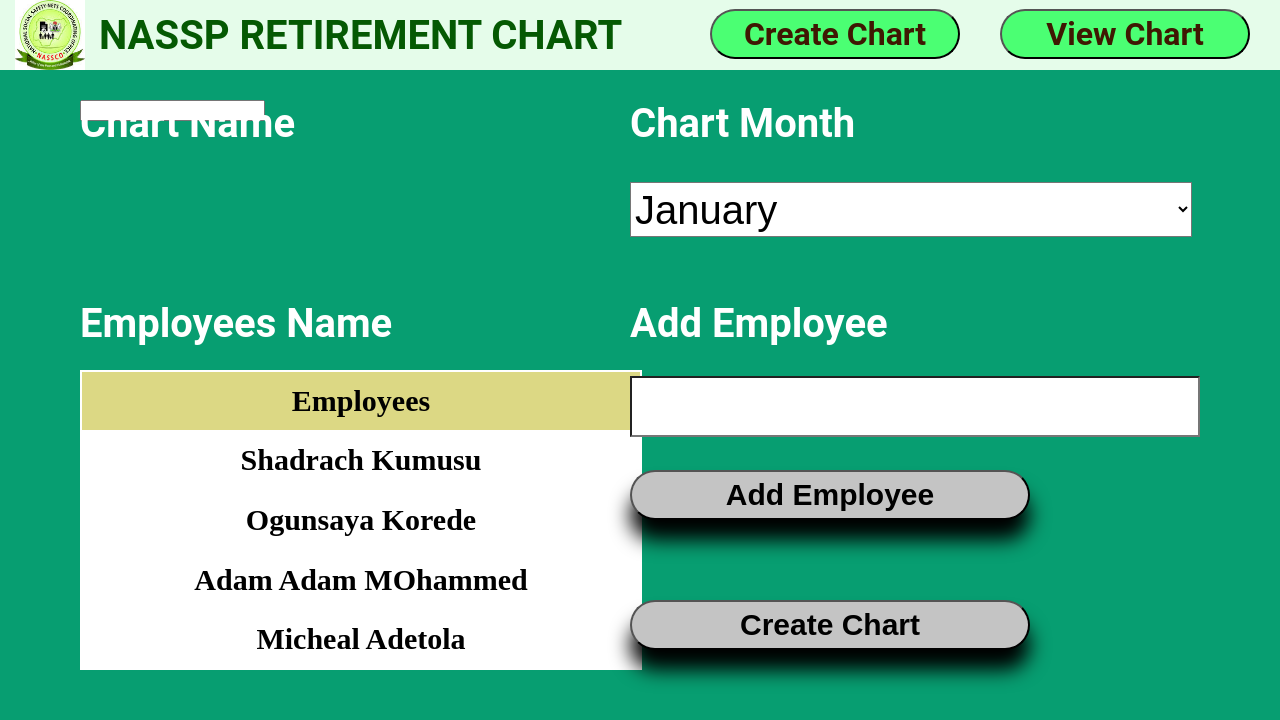
Repository: sheddy1/nasspchart
Page: http://localhost/
These files come from the project's save history. The page is drawn as it stood at one moment and after the next save; the edit follows.
The browser window is 1280 px wide. The pictures show the whole page.
The page is run by PHP 8.4 with error messages shown; the project is at /var/www/html/. The database holds what the project's SQL file puts in it.

Above is the page before, as saved 2022-04-05 18:03:22.
Console error: ReferenceError: $ is not defined

### index.php
<!DOCTYPE html>
<html lang="en">
<head>
    <meta charset="UTF-8">
    <meta http-equiv="X-UA-Compatible" content="IE=edge">
    <meta name="viewport" content="width=device-width, initial-scale=1.0">
    <title>NASSP CHART</title>
    <script src=""https://ajax.googleapis.com/ajax/libs/jquery/3.2.0/jquery.min.js></script>
    <link rel="stylesheet" href="index.css">

    <script>
       $(document).ready(function(){
           $('#add-employee-button').click(function(){
                var employee = $('#chart-name-text').val();
                if($.trim(employee) != '')
                {
                    alert(employee);
                }
           });
       });

    //    $(".add-employee-button").click(fucnction(){
    //        commentCount = commentCount + 2;
    //        $(".employee-div1").load("index.php",{
    //             commentNewCount: commentCount
    //        });
    //    });
    </script>
</head>

<body>
    <div id="header">
        <img src="images/images.jpg" class="logo-image">

        <label class="logo-text">NASSP RETIREMENT CHART</label>

        <form action="" method="POST">
            <button class="view-chart" name="view-chart">
                View Chart
            </button>

            <button class="create-chart" name="create-chart">
                Create Chart
            </button>
        </form>
    </div>

    <input type="text">

    <?php
        $page = 1;
        if(isset($_POST['view-chart']))
        {
            // echo"<script>alert('you can view chart')</script>";
            $page = 2;

        }

        if(isset($_POST['create-chart']))
        {
            //  echo"<script>alert('you can create chart')</script>";

            $page = 1;
        }

        if($page==0)
        {

        }
        else if($page == 1)
        {
            $user = "root";
            $pass = "";
            $db ="nassp";
            $db = new mysqli('localhost',$user,$pass,$db)
            or die("could not connect");

            $con1="SELECT * FROM employee ";

            $con1a = mysqli_query($db,$con1);

            $con1b  = mysqli_num_rows($con1a);

          $no1= $con1b;

            echo "
                <form method='POST' action=''>
                    <div id='chart-name'>
                        <label class='chartname1'>
                        Chart Name
                        </label>

                        <input type='text' id='chart-name-text' name='chart-name-text'>
                    </div>

                    <div id='chart-month'>
                        <label class='chartname1'>
                        Chart Month
                        </label>

                        <select name='chart-month-select'
                         class='chart-name-text'>
                            <option value='1'>January</option>
                            <option value='2'>Febuary</option>
                            <option value='3'>March</option>
                            <option value='4'>April</option>
                            <option value='5'>May</option>
                            <option value='6'>June</option>
                            <option value='7'>July</option>
                            <option value='8'>August</option>
                            <option value='9'>September</option>
                            <option value='10'>October</option>
                            <option value='11'>November</option>
                            <option value='12'>December</option>
                        </select>
                    </div>

                    <div id='employees'>
             <label class='chartname1'>
             Employees Name
             </label>

             <div class='employee-div1'>

             <table class='employees-table'>

             <tr class='employees-table-row'>
                 <th>Employees</th>
                 </tr>

             ";
             for($x = 0; $x<$no1; $x++)
             {
                 $row = mysqli_fetch_array($con1a);

                 echo"<tr class='employees-table-row1'><th>".$row['employee']."</th></tr  >";
             }
             echo"

             </table>
             </div>

         </div>

            <input type ='submit' value='Create Chart' name='btn-chart' class='btn-chart'>

            </form>";





            echo"
            <form method='POST' action=''>
            <div id='add-employee'>
                    <label class='chartname1'>
                    Add Employee
                    </label>

                    <input type='text'
                     class='chart-name-text' name='employee-name-text'>

                     <button type='submit' id ='add-employee-button'
                     name='add-employee-button'>
                        Add Employee
                     </button>


                </div>
                </form>
            ";



        }

        else if($page == 2)
        {

        }

        if(isset($_POST['add-employee-button']))
        {
            $employee = $_POST['employee-name-text'];

            // echo"<script>alert('the stuff is');</script>";

            $user = "root";
            $pass = "";
            $db ="nassp";
            $db = new mysqli('localhost',$user,$pass,$db)
            or die("could not connect");

            $open = "open";

            $insert_employee = "INSERT INTO employee (employee) VALUES ('$employee')";

            mysqli_query($db,$insert_employee);

            mysqli_close();

        }

        if(isset($_POST['btn-chart']))
        {

            echo"<script>alert('posted');</script>";

            $name = $_POST['chart-name-text'];

            $month = $_POST['chart-month-select'];

            $user = "root";
            $pass = "";
            $db ="nassp";
            $db = new mysqli('localhost',$user,$pass,$db)
            or die("could not connect");

            $con1="SELECT * FROM employee";

            $con1a = mysqli_query($db,$con1);

            $con1b  = mysqli_num_rows($con1a);

            $no1= $con1b;

            $open = "open";

            $closed = "closed";

            $row = mysqli_fetch_array($con1a);

            $employee = $row['employee'];

            $idnum = rand(10000,99999);


            for($x = 0; $x<$no1; $x++)
                 {
                    $row = mysqli_fetch_array($con1a);

                    $employee = $row['employee'];

                    // echo"<tr class='employees-table-row1'><th>".$row['employee']."</th></tr  >";

                    $insert_chart = "INSERT INTO employees (employee,table1,month1,id,`1`,`2`,`3`,`4`,`5`,`6`,`7`,`8`,`9`,`10`,`11`,`12`,`13`,`14`,`15`,`16`,`17`,`18`,`19`,`20`,`21`,`22`,`23`,`24`,`25`,`26`,`27`,`28`,`29`,`30`,`31`) VALUES
                    ('$employee','$name','$month','$idnum','$open','$open','$open','$open','$open','$open','$open','$open','$open','$open','$open','$open','$open','$open','$open','$open','$open','$open','$open','$open','$open','$open','$open','$open','$open','$open','$open','$open','$open','$open','$open')";

                    mysqli_query($db,$insert_chart);
                }

                header("Refresh:2");
        }

        // if(isset($_POST['chart-name-text']))
        // {
        //     echo"<script>alert('the stuff is');</script>";
        // }
    ?>
</body>
</html>

### index.css
body{
    background-color: #079E71;
}

#header{
 height: 70px;
width: 100%;
position: absolute;
left: 0px;
top: 0px;
border-radius: 0px;
background: #E5FCEA;
}

.logo-image{
    position: absolute;
width: 70px;
height: 70px;
left: 15px;
top: 0px;
}

.logo-text{
    position: absolute;
width: 700px;
height: 47px;
left: 99px;
top: 12px;

font-family: 'Roboto';
font-style: normal;
font-weight: 700;
font-size: 40px;
line-height: 47px;
/* identical to box height */


color: #055903;
}

.view-chart{
    position: absolute;
width: 250px;
height: 50px;
right: 30px;
top: 9px;

background: #4BFF73;
border-radius: 50px;

font-family: 'Roboto';
font-style: normal;
font-weight: 700;
font-size: 32px;
line-height: 38px;
/* identical to box height */


color: #3F1802;
}

.create-chart{
    position: absolute;
width: 250px;
height: 50px;
right: 320px;
top: 9px;

background: #4BFF73;
border-radius: 50px;

font-family: 'Roboto';
font-style: normal;
font-weight: 700;
font-size: 32px;
line-height: 38px;
/* identical to box height */


color: #3F1802;
}

#chart-name{
    position: absolute;
width: 570px;
height: 137px;
left: 80px;
top: 100px;
/* background-color: red; */
}

.chartname1{
    position: absolute;
left: 0px;
top: 0px;

font-family: 'Roboto';
font-style: normal;
font-weight: 700;
font-size: 40px;
line-height: 47px;
/* identical to box height */


color: #FFFFFF;
}

.chart-name-text{
    position: absolute;
width: 562px;
height: 55px;
left: 0px;
bottom: 0px;
font-size:40px;
background: #ffffff;
}

#chart-month{
    position: absolute;
width: 570px;
height: 137px;
right: 80px;
top: 100px;
/* background-color: red; */
}

#employees{
    position: absolute;
width: 570px;
height: 137px;
left: 80px;
top: 300px;
/* background-color: red; */
}

.employee-div1{
    position: absolute;
width: 562px;
height: 300px;
left: 0px;
top: 70px;
overflow: auto;
font-size: 30px;
background: #ffffff;
text-align: center;
}

.employees-table{
    text-align: center;
    width: 100%;
    height: 100%;
}

.employees-table-row{
    text-align: center;
width: 100%;
height: 50px;
background: #DCD884;
}

.employees-table-row1{
    text-align: center;
width: 100%;
height: 50px;

}

#add-employee{
    position: absolute;
width: 570px;
height: 137px;
right: 80px;
top: 300px;
/* background-color: red; */
}

#add-employee-button{
    position: absolute;
width: 400px;
height: 50px;
left: 0px;
top: 170px;
font-weight: bold;
font-size: 30px;
background: #C4C4C4;
border-radius: 50px;
box-shadow: 0px 20px 20px 0px;
}


.btn-chart{
    position: absolute;
    width: 400px;
    height: 50px;
    right: 250px;
    top: 600px;
    font-weight: bold;
    font-size: 30px;
    background: #C4C4C4;
    border-radius: 50px;
    box-shadow: 0px 20px 20px 0px;
}

### nassp.sql (the tables this page reads)
CREATE TABLE `employee` (
  `employee` varchar(50) NOT NULL
) ENGINE=InnoDB DEFAULT CHARSET=latin1;

INSERT INTO `employee` (`employee`) VALUES
('Shadrach Kumusu'),
('Ogunsaya Korede'),
('Adam Adam MOhammed'),
('Micheal Adetola');

After the next save:
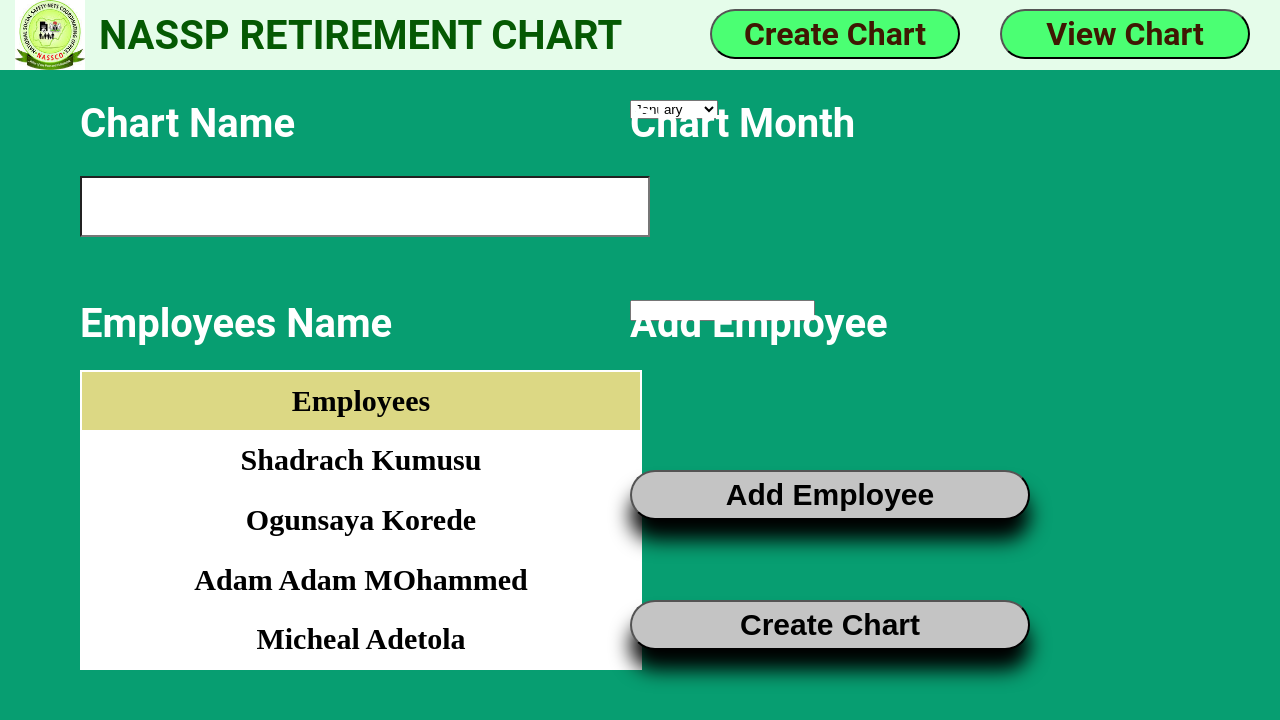
Saved 34 s later.
--- a/index.css
+++ b/index.css
@@ -105,7 +105,7 @@
 color: #FFFFFF;
 }
 
-.chart-name-text{
+#chart-name-text{
     position: absolute;
 width: 562px;
 height: 55px;

After the save that followed:
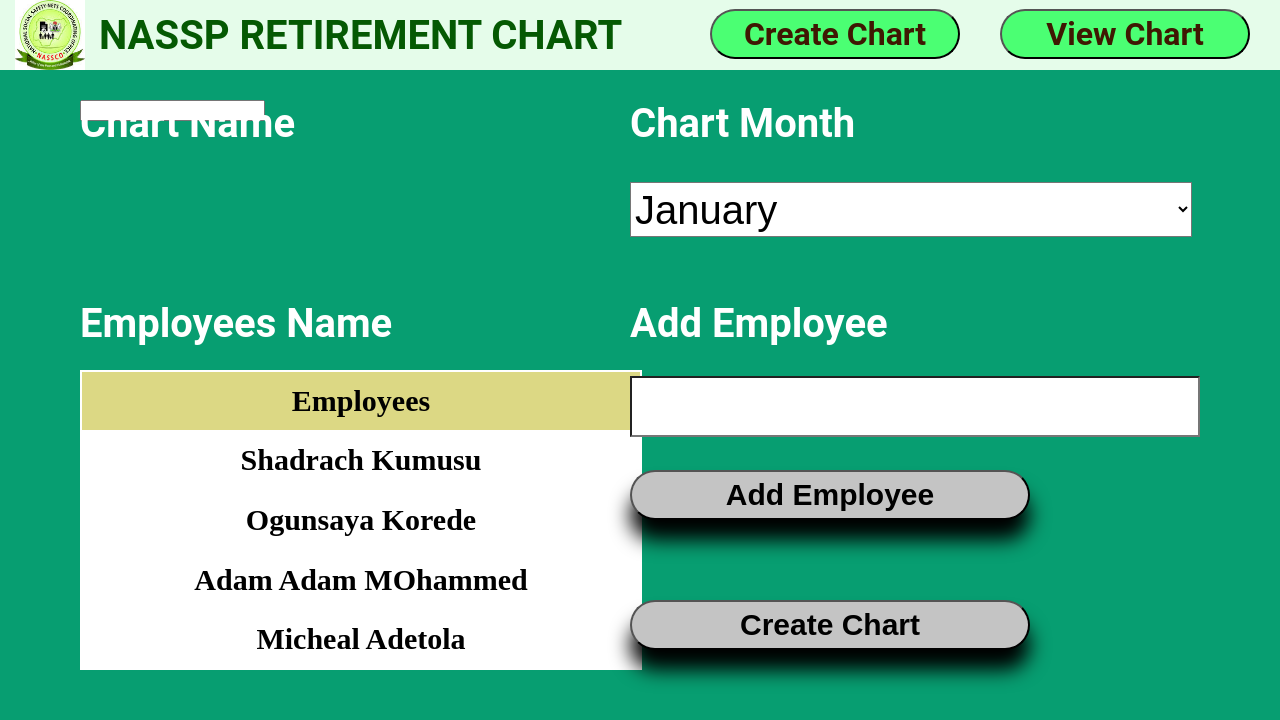
Saved 118 s later.
--- a/index.css
+++ b/index.css
@@ -105,7 +105,7 @@
 color: #FFFFFF;
 }
 
-#chart-name-text{
+.chart-name-text{
     position: absolute;
 width: 562px;
 height: 55px;
